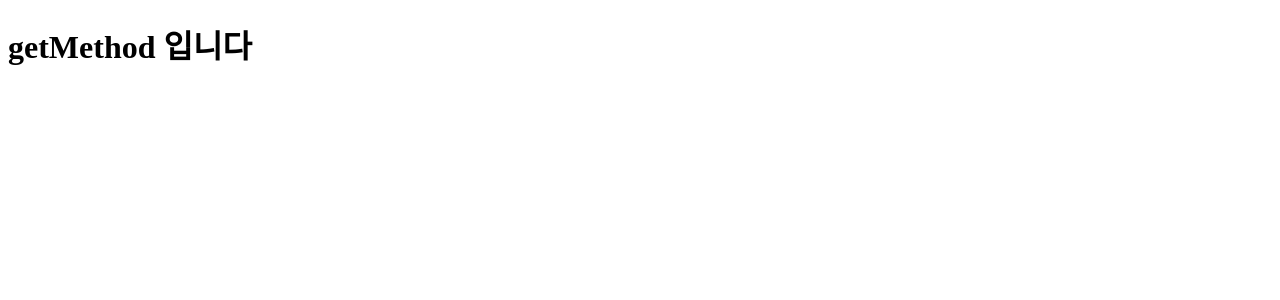
Repository: hangilyon/allJSPStudy
Page: http://localhost/jsp01/get_post/getMethod.jsp
These files come from the project's save history. The page is drawn as it stood at one moment and after the next save; the edit follows.
The browser window is 1280 px wide. The pictures show the whole page.
The page is served by Tomcat 9.

Above is the page before, as saved 2021-10-19 10:29:10.

After the next save:
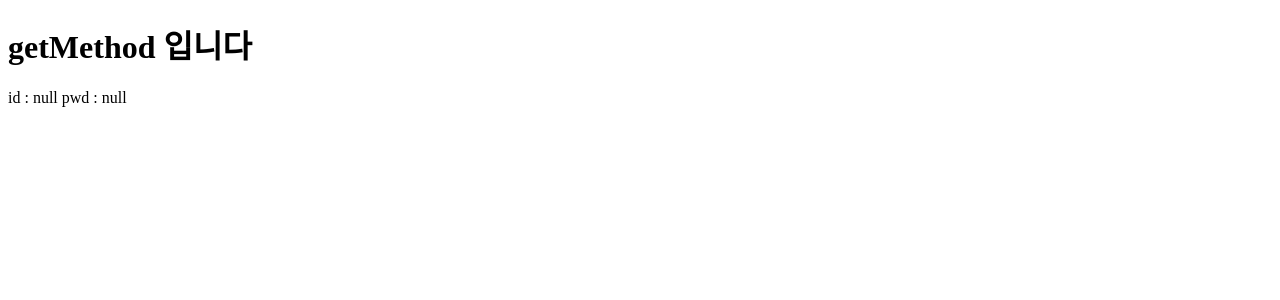
Saved 6 min 35 s later.
--- a/jsp01/src/main/webapp/get_post/getMethod.jsp
+++ b/jsp01/src/main/webapp/get_post/getMethod.jsp
@@ -8,5 +8,7 @@
 </head>
 <body>
 	<h1>getMethod 입니다</h1>
+	id : <%= request.getParameter("id") %>
+	pwd : <%= request.getParameter("pwd") %>
 </body>
 </html>
